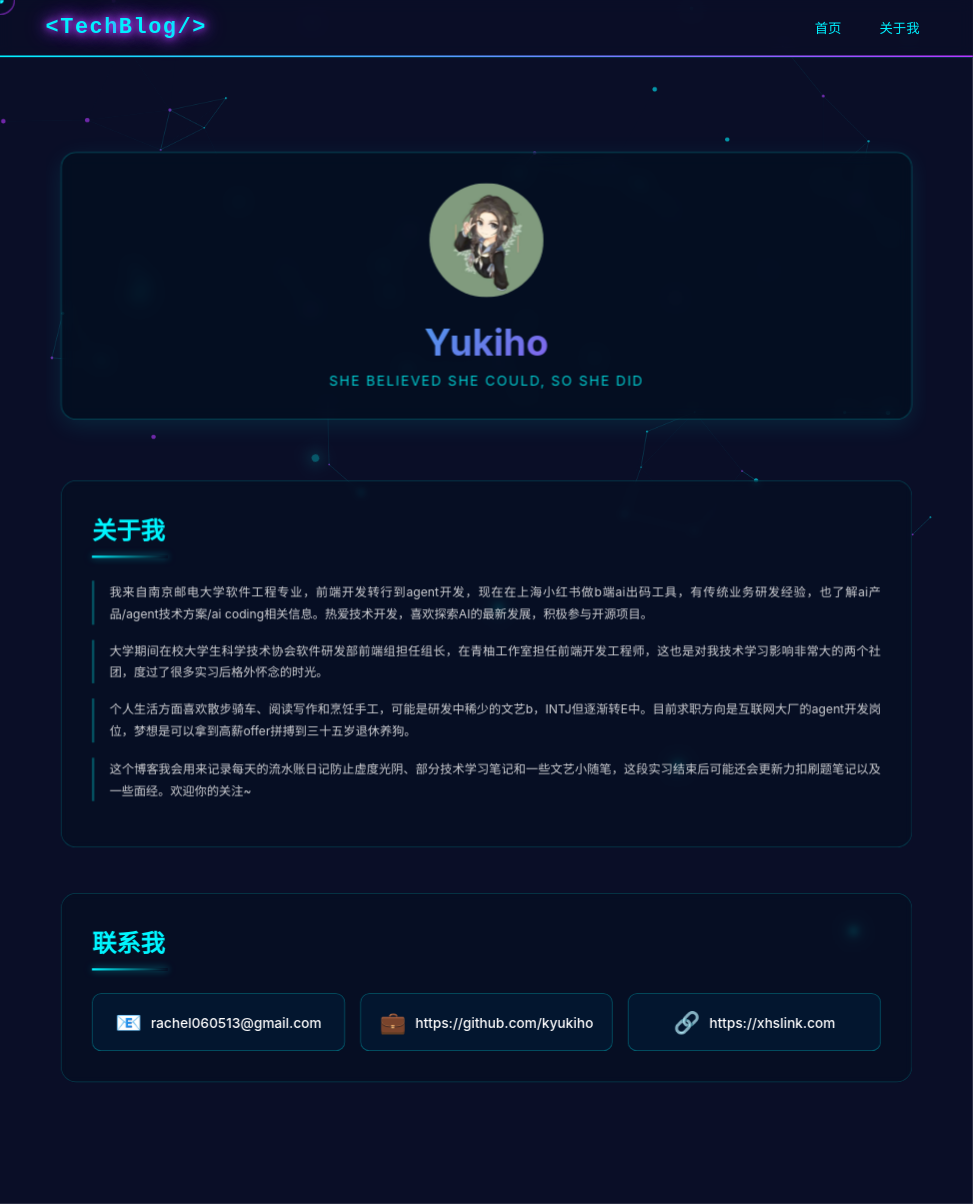
Repository: kyukiho/blog
Page: /about
The author's editor kept a copy of each file at every save. The page is drawn from the files as they stood at one save, then again after the next save.
The browser window is 1280 px wide. The pictures show the whole page, at 76% of full size.
The project was rebuilt for these pictures with package versions that can differ from the ones it lists, and the page was loaded fresh each time. Also part of the build but not shown: vite.config.js, src/components/BlogList.css, src/components/BlogList.jsx, src/components/BlogDetail.css, src/components/BlogDetail.jsx.

Above is the page before, as saved 2026-03-15 22:31:22.

After the next save:
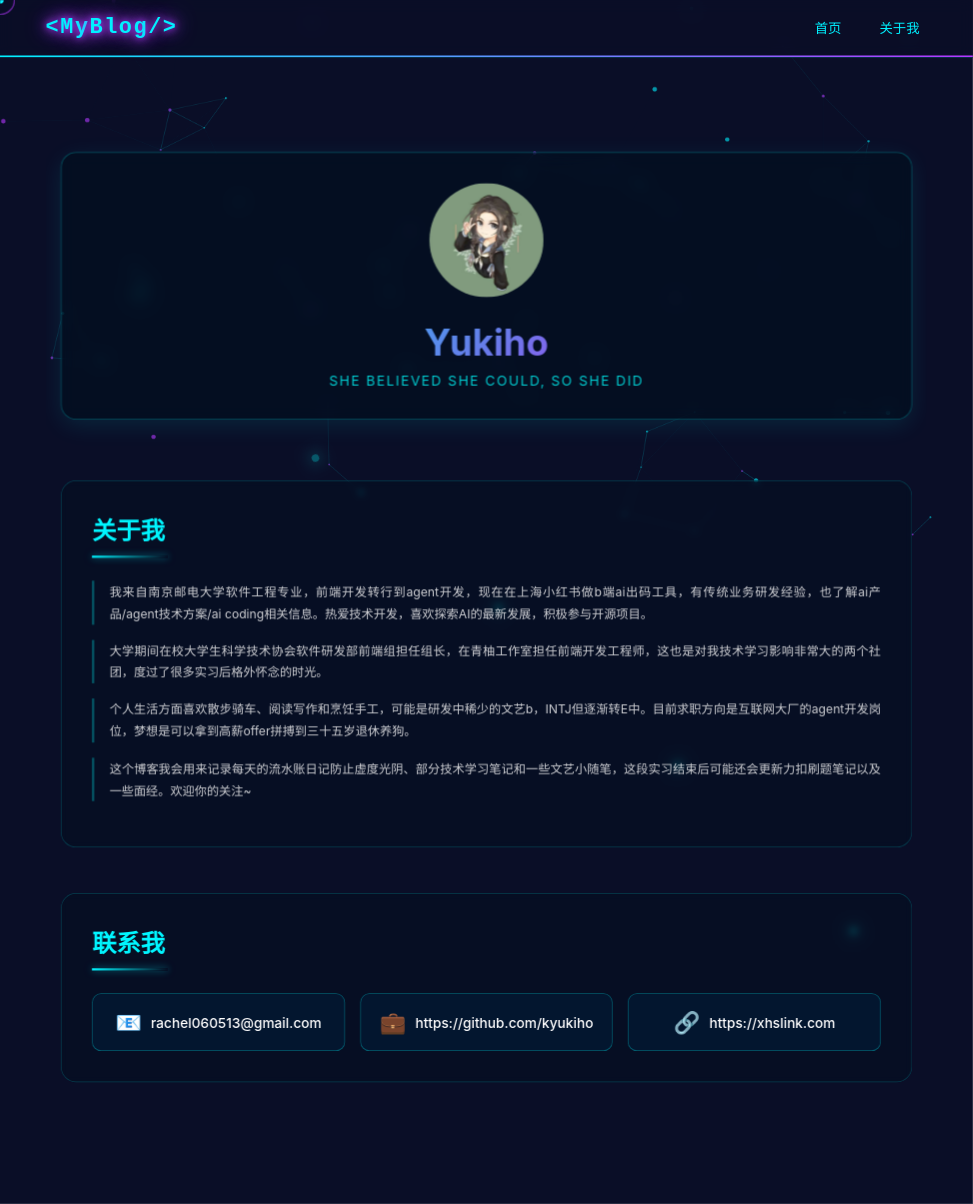
Saved 53 s later.
--- a/src/components/Header.jsx
+++ b/src/components/Header.jsx
@@ -18,7 +18,7 @@ const Header = () => {
             whileHover={{ scale: 1.05 }}
             whileTap={{ scale: 0.95 }}
           >
-            &lt;Tech<span className="logo-accent">Blog</span>/&gt;
+            &lt;My<span className="logo-accent">Blog</span>/&gt;
           </motion.span>
         </Link>
         <nav className="nav">
